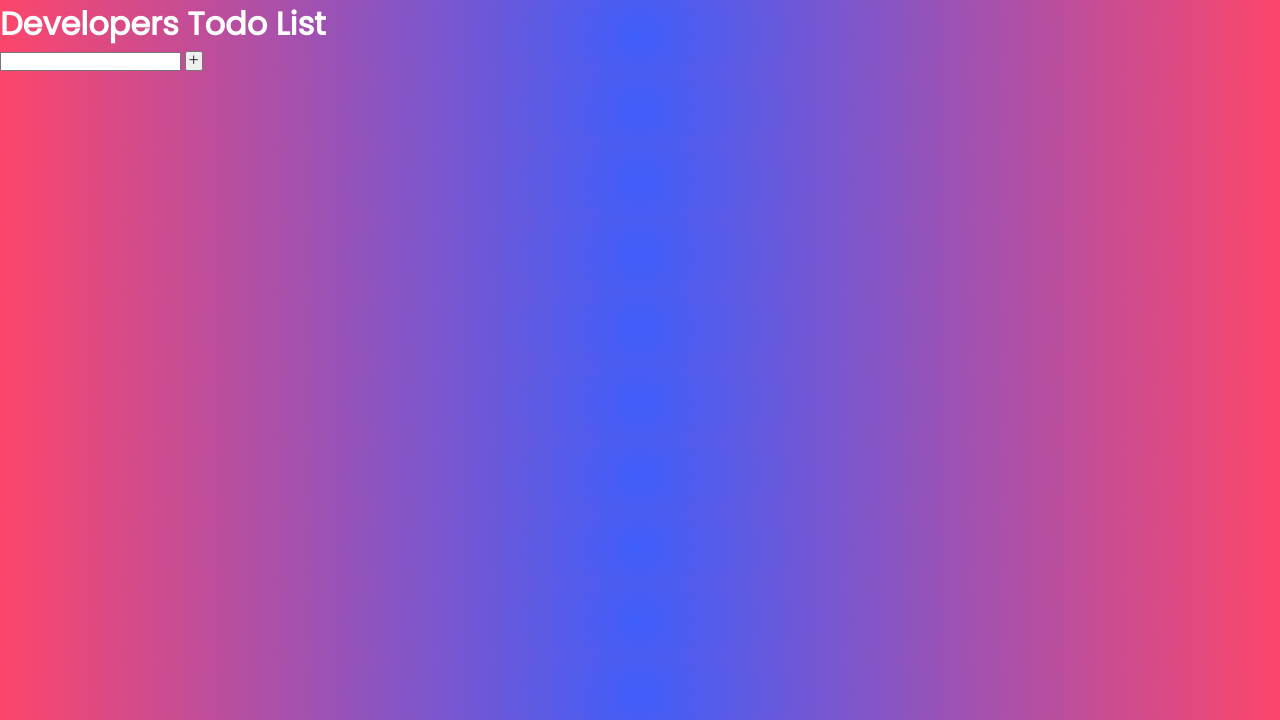
Repository: DevAntonioRogers/Vanilla-TodoList
Page: index.html
The author's editor kept a copy of each file at every save. The page is drawn from the files as they stood at one save, then again after the next save.
The browser window is 1280 px wide. The pictures show the whole page.

Above is the page before, as saved 2023-05-11 23:56:04.

### index.html
<!DOCTYPE html>
<html lang="en">
  <head>
    <meta charset="UTF-8" />
    <meta http-equiv="X-UA-Compatible" content="IE=edge" />
    <meta name="viewport" content="width=device-width, initial-scale=1.0" />
    <link rel="preconnect" href="https://fonts.googleapis.com" />
    <link rel="preconnect" href="https://fonts.gstatic.com" crossorigin />
    <link href="https://fonts.googleapis.com/css2?family=Poppins&display=swap" rel="stylesheet" />
    <link rel="stylesheet" href="style.css" />
    <title>To-do</title>
  </head>
  <body>
    <header>
      <h1>Developers Todo List</h1>
    </header>
    <form action="">
      <input type="text" class="todo-input" />
      <button class="todo-button">
        <ion-icon name="add-outline"></ion-icon>
      </button>
    </form>

    <div class="todo-container">
      <ul class="todo-list"></ul>
    </div>

    <script type="module" src="https://unpkg.com/ionicons@7.1.0/dist/ionicons/ionicons.esm.js"></script>
    <script nomodule src="https://unpkg.com/ionicons@7.1.0/dist/ionicons/ionicons.js"></script>
    <script src="app.js"></script>
  </body>
</html>

### style.css
* {
  padding: 0;
  box-sizing: border-box;
  margin: 0;
}

body {
  background: rgb(63, 94, 251);
  background: radial-gradient(circle, rgba(63, 94, 251, 1) 0%, rgba(252, 70, 107, 1) 100%);
  color: white;
  font-family: "Poppins", sans-serif;
}

Loaded but not shown: app.js (no copy from this time; the picture is the same without it)

After the next save:
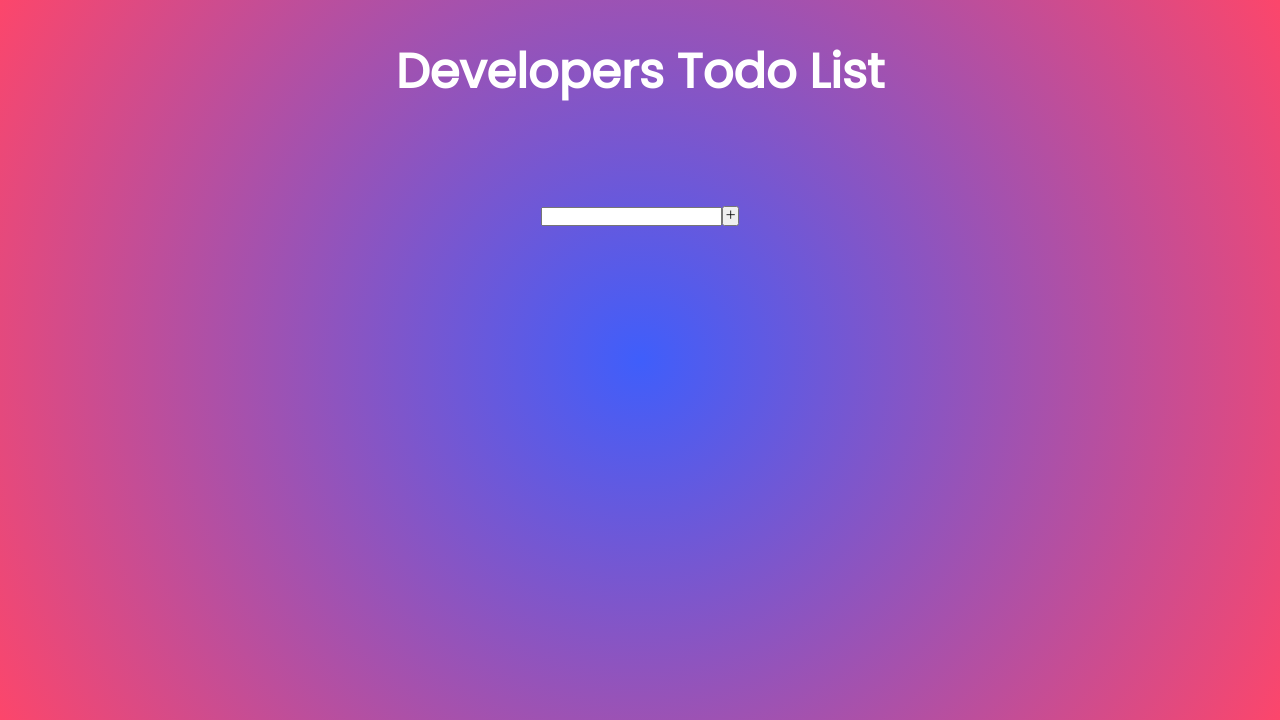
Saved 56 s later.
--- a/style.css
+++ b/style.css
@@ -9,4 +9,17 @@ body {
   background: radial-gradient(circle, rgba(63, 94, 251, 1) 0%, rgba(252, 70, 107, 1) 100%);
   color: white;
   font-family: "Poppins", sans-serif;
+  min-height: 100vh;
 }
+
+header {
+  font-size: 1.5rem;
+}
+
+header,
+form {
+  min-height: 20vh;
+  display: flex;
+  align-items: center;
+  justify-content: center;
+}
